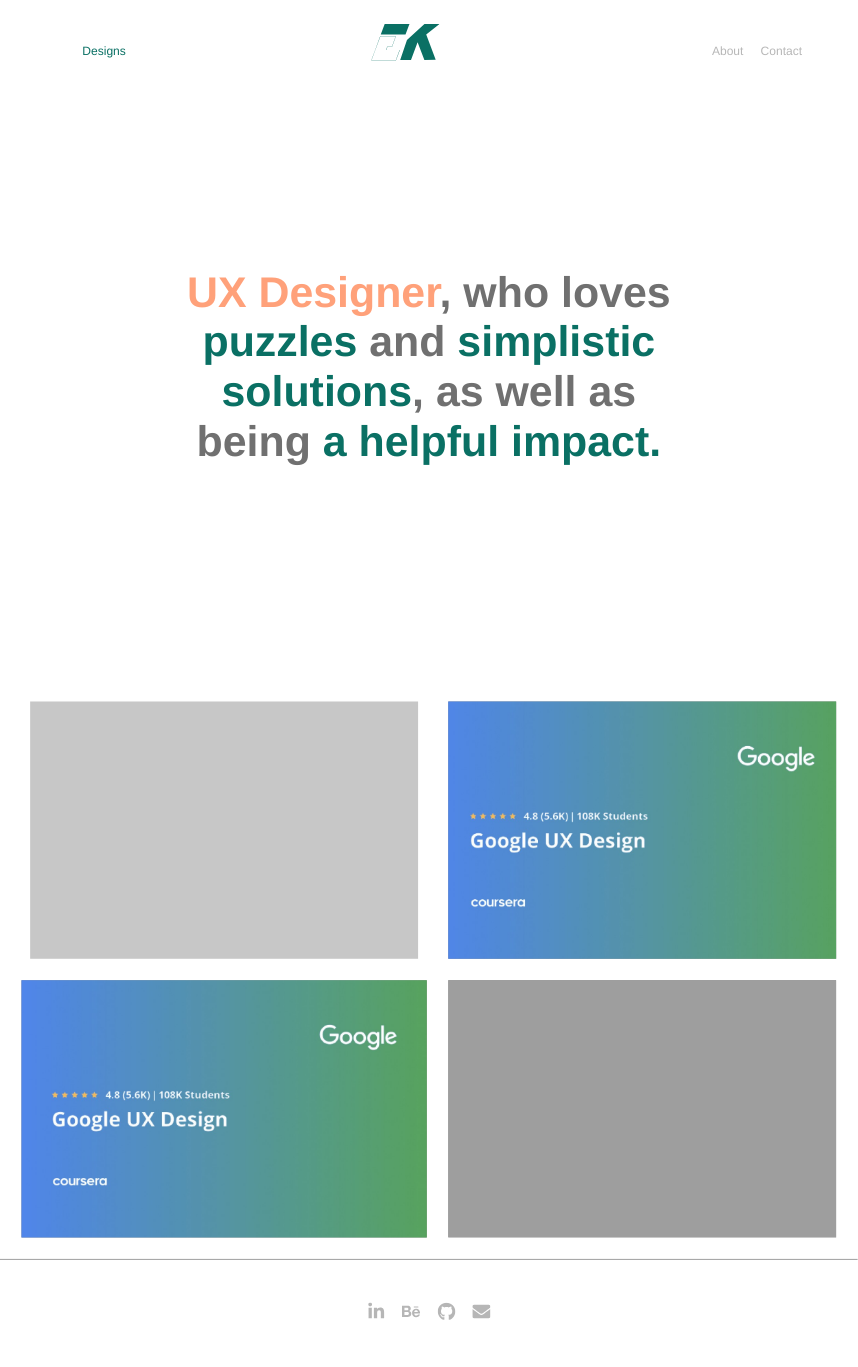
Repository: Kudom-E/Kudom-E.github.io
Page: /#/designs
The author's editor kept a copy of each file at every save. The page is drawn from the files as they stood at one save, then again after the next save.
The browser window is 1280 px wide. The pictures show the whole page, at 67% of full size.
Pictures or frames that could not be fetched are drawn as grey boxes. The project was rebuilt for these pictures with package versions that can differ from the ones it lists, and the page was loaded fresh each time. Also part of the build but not shown: next.config.js, src/Pages/Splash/Splash.js, src/Pages/About/About.js, src/Pages/Contact/Contact.js, src/Pages/Project/Project.js, src/App.css.

Above is the page before, as saved 2022-03-31 22:05:30.

After the next save:
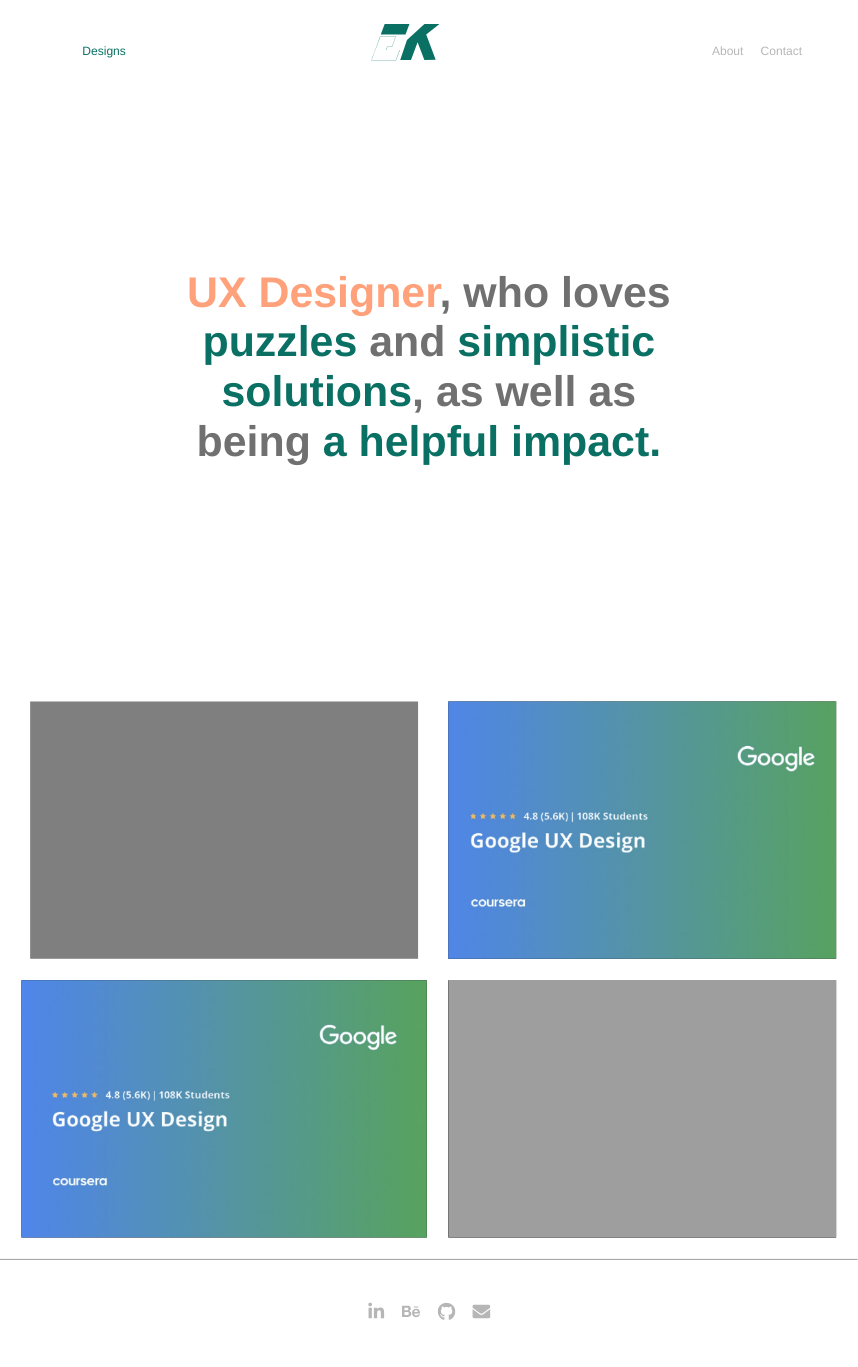
Saved 8 s later.
--- a/src/Pages/Pages.css
+++ b/src/Pages/Pages.css
@@ -97,7 +97,7 @@
     width: 100%;
     height: 30vw;
     margin: 0;
-    background-color: #8f8f8f;
+    background-color: #000000;
 }
 .c-back {
     opacity: 1;
